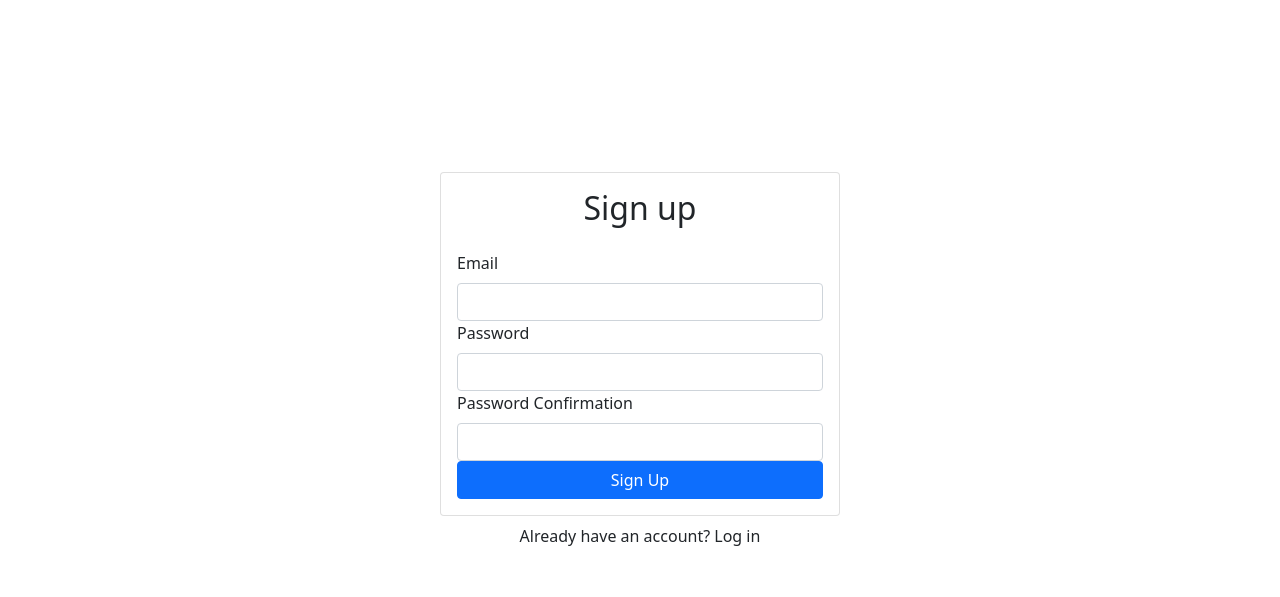
Repository: RickLeinecker/CompositionToday
Page: /login (app in frontend/)
The author's editor kept a copy of each file at every save. The page is drawn from the files as they stood at one save, then again after the next save.
The browser window is 1280 px wide. The pictures show the whole page.
The project was rebuilt for these pictures with package versions that can differ from the ones it lists, and the page was loaded fresh each time.

Above is the page before, as saved 2021-11-03 11:17:06.

### frontend/src/App.tsx
import Signup from './Signup'
import "bootstrap/dist/css/bootstrap.min.css";
import { Container } from 'react-bootstrap';
import { AuthProvider } from './contexts/AuthContext';

function App() {
  return(
    <AuthProvider>
      <Container className="d-flex align-items-center
      justify-content-center" style = {{minHeight:"100vh"}}>
        <div className="w-100" style={{maxWidth:"400px"}}>
          <Signup/>
        </div>
      </Container>
    </AuthProvider>

  )
}

export default App

### frontend/src/Signup.tsx
import {useRef, useState} from 'react'
import Form from "react-bootstrap/Form"
import Button from "react-bootstrap/Button"
import Card from "react-bootstrap/Card"
import Alert from "react-bootstrap/Alert"
import { useAuth } from './contexts/AuthContext';

export default function Signup(){

    const [error, setError] = useState<string>("")
    const [loading, setLoading] = useState<boolean>(false)
    const emailRef = useRef<HTMLInputElement>(null);
    const passwordRef = useRef<HTMLInputElement>(null);
    const passwordConfirmRef = useRef<HTMLInputElement>(null);
    const {signup, currentUser} = useAuth()

    async function handleSubmit(e: { preventDefault: () => void; }){
        e.preventDefault()

        if(passwordRef.current?.value !== passwordConfirmRef.current?.value){
            return setError("Passwords do not match")
        }
        try{
            setError("")
            setLoading(true)
            await signup(emailRef.current?.value, passwordRef.current?.value)
        } catch {
            setError("Failed to create an account")
        }
        setLoading(false)

    }

    return(
        <>
            <Card>
                <Card.Body>
                    <h2 className = "text-center mb-4">Sign up</h2>
                    {currentUser}
                    {error && <Alert variant ="danger">{error}</Alert>}
                    <Form onSubmit = {handleSubmit}>
                        <Form.Group id = "email">
                            <Form.Label>Email</Form.Label>
                            <Form.Control type = "email" ref={emailRef} required/>
                        </Form.Group>
                        <Form.Group id = "password">
                            <Form.Label>Password</Form.Label>
                            <Form.Control type = "password" ref={passwordRef} required/>
                        </Form.Group>
                        <Form.Group id = "password-confirm">
                            <Form.Label>Password Confirmation</Form.Label>
                            <Form.Control type = "password" ref={passwordConfirmRef} required/>
                        </Form.Group>
                        <Button disabled={loading} className = "w-100" type="submit">
                            Sign Up
                        </Button>
                    </Form>
                </Card.Body>
            </Card>
            <div className="w-100 text-center mt-2">
                Already have an account? Log in
            </div>
        </>
    )
}

### frontend/src/contexts/AuthContext.js
import React, {useContext, useEffect, useState } from 'react'
import {auth} from '../firebase'
import {createUserWithEmailAndPassword} from 'firebase/auth'

const AuthContext = React.createContext();

export function useAuth(){
    return useContext(AuthContext)
}

export function AuthProvider({children}){
    const [currentUser, setCurrentUser] = useState();

    function signup(email, password){
        createUserWithEmailAndPassword(auth, email, password)
    }

    useEffect(() => {
        const unsubscribe = auth.onAuthStateChanged((user) => {
            setCurrentUser(user)
        })

        return unsubscribe
    },[])

    const value = {
        currentUser,
        signup
    }

    return (
        <AuthContext.Provider value={value}>
            {children}
        </AuthContext.Provider>
    )
}

### frontend/src/firebase.tsx
import { initializeApp } from "firebase/app";
import { getAuth } from "firebase/auth" // New import

const app = initializeApp({
    apiKey: process.env.REACT_APP_FIREBASE_API_KEY,
    authDomain: process.env.REACT_APP_FIREBASE_AUTH_DOMAIN,
    projectId: process.env.REACT_APP_FIREBASE_PROJECT_ID,
    storageBucket: process.env.REACT_APP_FIREBASE_STORAGE_BUCKET,
    messagingSenderId: process.env.REACT_APP_FIREBASE_MESSAGING_SENDER_ID,
    appId: process.env.REACT_APP_FIREBASE_APP_ID,
    measurementId: process.env.REACT_APP_FIREBASE_MEASUREMENT_ID,
})

export const auth = getAuth(app)
export default app

Loaded but not shown: frontend/public/index.html (common file); frontend/src/index.tsx (common file)

After the next save:
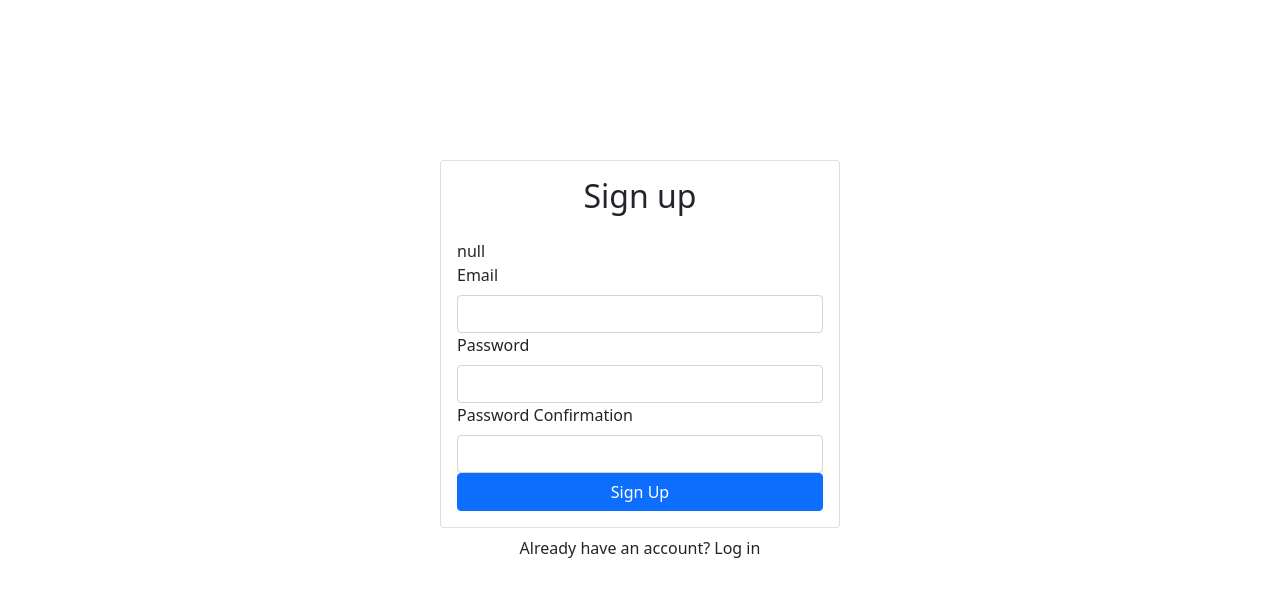
Saved 11 s later.
--- a/frontend/src/Signup.tsx
+++ b/frontend/src/Signup.tsx
@@ -36,7 +36,7 @@
             <Card>
                 <Card.Body>
                     <h2 className = "text-center mb-4">Sign up</h2>
-                    {currentUser}
+                    {JSON.stringify(currentUser)}
                     {error && <Alert variant ="danger">{error}</Alert>}
                     <Form onSubmit = {handleSubmit}>
                         <Form.Group id = "email">

After the 3 saves that followed:
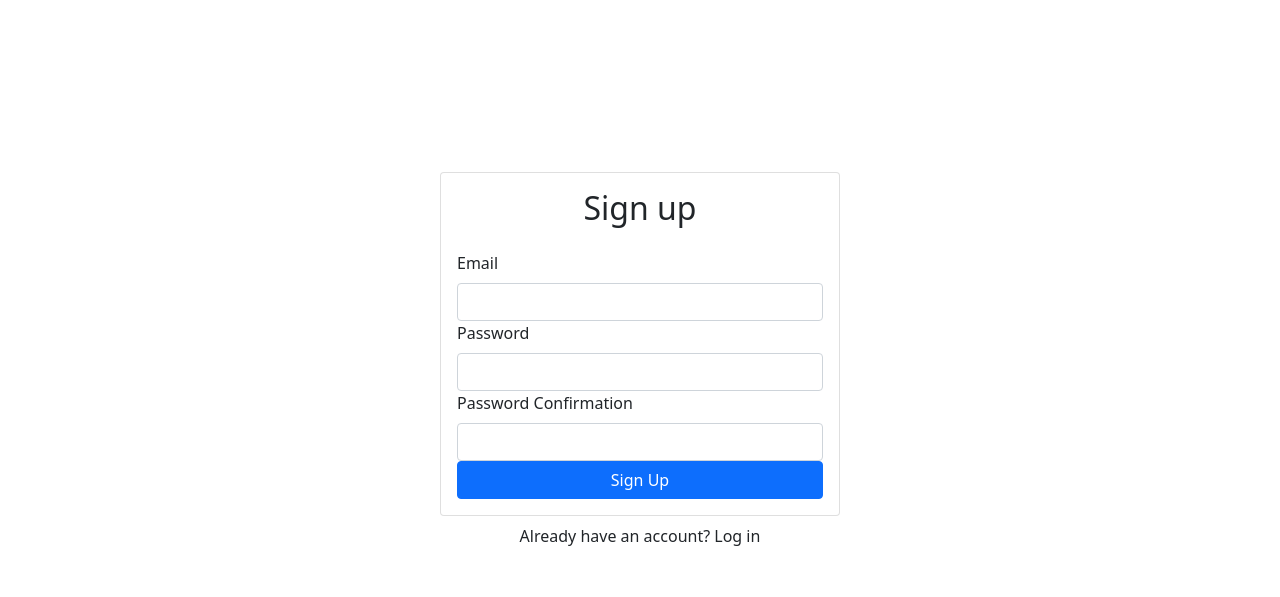
The 3 saves are shown as one change because 2 did not build or start.
The last was saved 48 s later.
--- a/frontend/src/Signup.tsx
+++ b/frontend/src/Signup.tsx
@@ -36,7 +36,7 @@
             <Card>
                 <Card.Body>
                     <h2 className = "text-center mb-4">Sign up</h2>
-                    {JSON.stringify(currentUser)}
+                    {currentUser?.email}
                     {error && <Alert variant ="danger">{error}</Alert>}
                     <Form onSubmit = {handleSubmit}>
                         <Form.Group id = "email">
